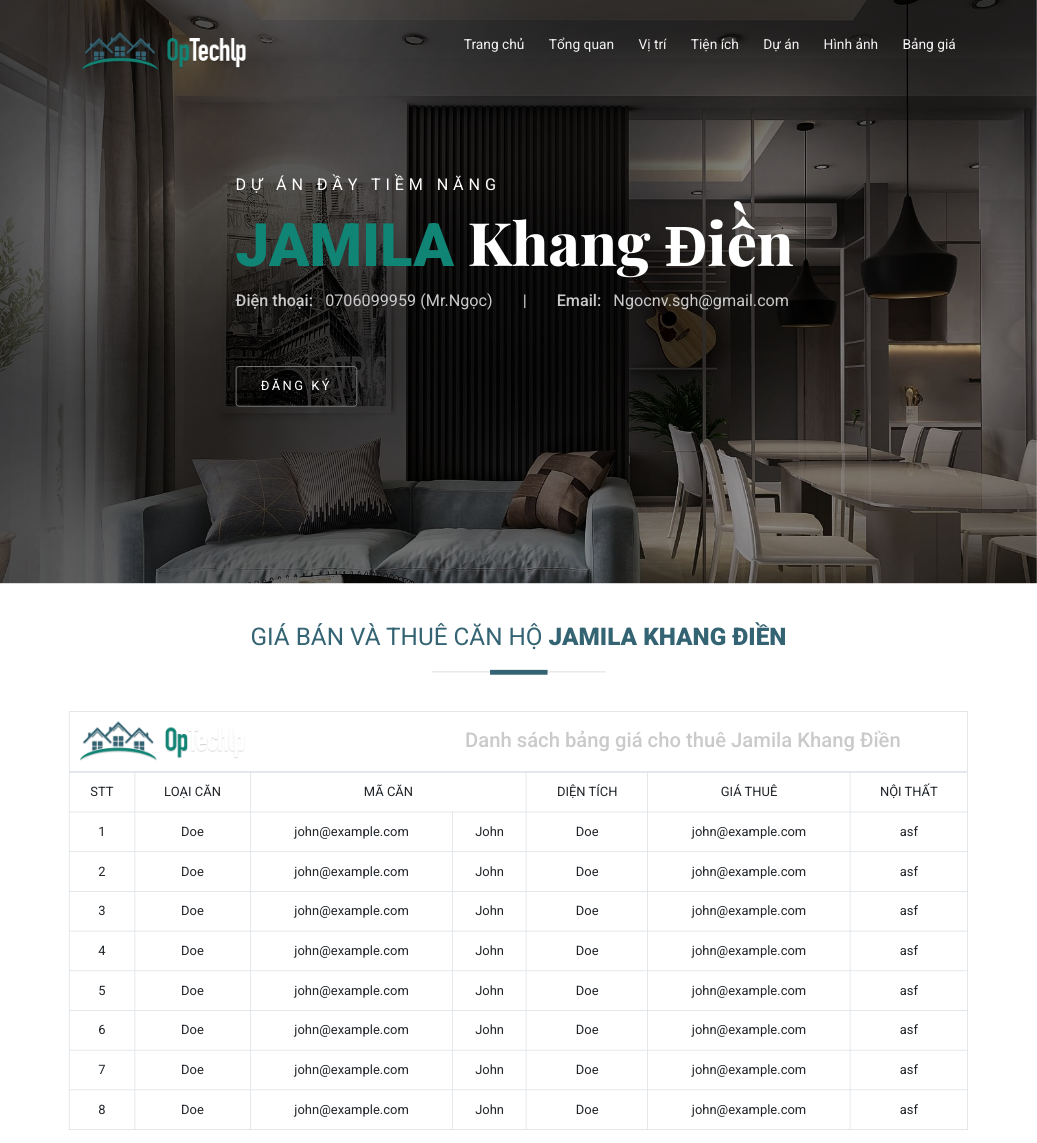
Repository: phunobi1807/Myweb
Page: index.html
An editor plug-in stored every save of this project. The page is shown before and after the next save, followed by the edit.
The browser window is 1280 px wide. The pictures show the whole page, at 81% of full size.
Some web fonts or font styles are not loaded; a fallback is used.

Above is the page before, as saved 2021-05-14 13:51:50.

### index.html
<!DOCTYPE html>
<html lang="en">

<head>
    <meta charset="UTF-8">
    <meta http-equiv="X-UA-Compatible" content="IE=edge">
    <meta name="viewport" content="width=device-width, initial-scale=1.0">
    <link rel="stylesheet" type="text/css" href="./css/style.css">
    <title>JAMILA Khang Điền</title>
</head>

<body>
    <header>
        <a href="#" class="logo">
            <img src="./image/logo-banner.png" alt="logo">
        </a>
        <div class="menuToggle" onclick="toggleMenu"></div>
        <ul class="navigation">
            <li><a href="#" onclick="toggleMenu">Trang chủ</a></li>
            <li><a href="#" onclick="toggleMenu">Tổng quan</a></li>
            <li><a href="#" onclick="toggleMenu">Vị trí</a></li>
            <li><a href="#" onclick="toggleMenu">Tiện ích</a></li>
            <li><a href="#" onclick="toggleMenu">Dự án</a></li>
            <li><a href="#" onclick="toggleMenu">Hình ảnh</a></li>
            <li><a href="#" onclick="toggleMenu">Bảng giá</a></li>
        </ul>
    </header>
    <section class="banner" id="banner">
        <div class="content">
            <p class="title">dự án đầy tiềm năng</p>
            <h3><strong>JAMILA</strong> Khang Điền</h3>
            <div class="content-contact">
                <p class="phone">Điện thoại: <span class="number-phone">0706099959 (Mr.Ngọc)</span></p>
                <div class="gachgiua">|</div>
                <p class="email">Email: <span class="email">Ngocnv.sgh@gmail.com</span></p>
            </div>
            <div class="input">
                <input type="button" class="btn btn-outline" value="Đăng ký">
            </div>
        </div>
    </section>
    <section class="price-apartment mt-5">
        <div class="container text-center">
            <div class="list-price-apartment">
                <h1>giá bán và thuê căn hộ <span>jamila khang điền</span></h1>
                <div class="gach-chan">
                    <div class="gachchan"></div>
                </div>
                <table class="table table-bordered mt-5">
                    <thead>
                        <tr>
                            <th colspan="7">
                                <div class="title-table">
                                    <img src="./image/logo-banner.png" alt="">
                                    <p>Danh sách bảng giá cho thuê Jamila Khang Điền</p>
                                </div>
                            </th>
                        </tr>
                    </thead>
                    <tbody>
                        <tr class="list-title">
                            <td>STT</td>
                            <td>loại căn</td>
                            <td colspan="2">mã căn</td>
                            <td>diện tích</td>
                            <td>giá thuê</td>
                            <td colspan="2">nội thất</td>


                        </tr>
                        <tr>
                            <td>1</td>
                            <td>Doe</td>
                            <td>john@example.com</td>
                            <td>John</td>
                            <td>Doe</td>
                            <td>john@example.com</td>
                            <td>asf</td>
                        </tr>
                        <tr>
                            <td>2</td>
                            <td>Doe</td>
                            <td>john@example.com</td>
                            <td>John</td>
                            <td>Doe</td>
                            <td>john@example.com</td>
                            <td>asf</td>
                        </tr>
                        <tr>
                            <td>3</td>
                            <td>Doe</td>
                            <td>john@example.com</td>
                            <td>John</td>
                            <td>Doe</td>
                            <td>john@example.com</td>
                            <td>asf</td>
                        </tr>
                        <tr>
                            <td>4</td>
                            <td>Doe</td>
                            <td>john@example.com</td>
                            <td>John</td>
                            <td>Doe</td>
                            <td>john@example.com</td>
                            <td>asf</td>
                        </tr>
                        <tr>
                            <td>5</td>
                            <td>Doe</td>
                            <td>john@example.com</td>
                            <td>John</td>
                            <td>Doe</td>
                            <td>john@example.com</td>
                            <td>asf</td>
                        </tr>
                        <tr>
                            <td>6</td>
                            <td>Doe</td>
                            <td>john@example.com</td>
                            <td>John</td>
                            <td>Doe</td>
                            <td>john@example.com</td>
                            <td>asf</td>
                        </tr>
                        <tr>
                            <td>7</td>
                            <td>Doe</td>
                            <td>john@example.com</td>
                            <td>John</td>
                            <td>Doe</td>
                            <td>john@example.com</td>
                            <td>asf</td>
                        </tr>
                        <tr>
                            <td>8</td>
                            <td>Doe</td>
                            <td>john@example.com</td>
                            <td>John</td>
                            <td>Doe</td>
                            <td>john@example.com</td>
                            <td>asf</td>
                        </tr>

                    </tbody>

                </table>
            </div>
        </div>
    </section>
    <link rel="stylesheet" href="https://maxcdn.bootstrapcdn.com/bootstrap/4.5.2/css/bootstrap.min.css">
    <script src="https://ajax.googleapis.com/ajax/libs/jquery/3.5.1/jquery.min.js"></script>
    <script src="https://cdnjs.cloudflare.com/ajax/libs/popper.js/1.16.0/umd/popper.min.js"></script>
    <script src="https://maxcdn.bootstrapcdn.com/bootstrap/4.5.2/js/bootstrap.min.js"></script>
    <script type="text/javascript">
        window.addEventListener('scroll', function() {
            const header = document.querySelector('header');
            header.classList.toggle("sticky", window.scrollY > 0);
        });

        function toggleMenu() {
            const menutoggle = document.querySelector('.menuToggle');
            const navigation = document.querySelector('.navigation');
            menuToggle.classList.toggle('active');
            navigation.classList.toggle('active');
        }
    </script>
</body>

</html>
<!-- <script type="text/javascript">
    window.addEventListener('scroll', function() {
        const header = document.querySelector('header');
        header.classList.toggle("sticky", window.scrollY > 0);
    });

    function toggleMenu() {
        const menuToggle = document.querySelector('.menuToggle');
        const navigation = document.querySelector('.navigation');
        menuToggle.classList.toggle('active');
        navigation.classList.toggle('active');
    }
</script> -->

### css/style.css
    @import url(https://fonts.googleapis.com/css2?family=Roboto:wght@100;200;300;400;500;600;800;900&display=swap);
    @import url(https://fonts.googleapis.com/css2?family=Playfair+Display:wght@100;200;300;400;500;600;800;900&display=swap);
    * {
        margin: 0;
        padding: 0;
        box-sizing: border-box;
        font-family: 'Roboto', 'Regular';
        scroll-behavior: smooth;
    }

    body {
        overflow-x: hidden;
    }

    p {
        font-weight: 300;
        color: #ffffff;
    }

    .banner {
        position: relative;
        width: 100%;
        min-height: 100vh;
        display: flex;
        justify-content: center;
        align-items: center;
        background: url('../image/banner.png');
        background-size: cover;
    }

    .banner .content {
        max-width: 900px;
        text-align: left;
    }

    .banner .content p.title {
        font-size: 20px;
        opacity: 100%;
        text-transform: uppercase;
        font-weight: 400;
        letter-spacing: 6px;
        line-height: 20px;
        color: #ffffff;
    }

    .banner .content h3 {
        font-family: 'Playfair Display', serif;
        font-size: 74px;
        font-style: bold;
        font-weight: 700;
        color: #ffffff;
        text-align: left;
    }

    .banner .content h3 strong {
        color: #118575;
    }

    .banner .content .content-contact {
        margin-bottom: 50px;
    }

    .banner .content .content-contact,
    p {
        display: flex;
        color: #cacaca;
        font-size: 20px;
        font-style: bold;
        font-weight: 500;
    }

    .banner .content .content-contact p span {
        padding: 0px 15px;
        font-weight: 400;
        font-style: normal;
        color: #cacaca;
    }

    .banner .content .content-contact .gachgiua {
        padding-right: 15px;
        margin: 0px 22px;
    }

    .banner .content .input input {
        width: 150px;
        height: 50px;
        border: 1px solid;
        /* opacity: 40%; */
        color: #ffffff;
        border-color: #8a8a8a;
        text-transform: uppercase;
        letter-spacing: 3px;
        transition: 0.5s;
    }

    .banner .content .input input:hover {
        width: 160px;
        transition: 0.5s;
        background-color: #118575;
    }

    .banner .content .input input::-ms-value {
        color: red;
    }

    header {
        position: fixed;
        top: 0;
        left: 0;
        width: 100%;
        padding: 40px 100px;
        z-index: 10;
        display: flex !important;
        justify-content: space-between;
        align-items: center;
        transition: 0.5s;
    }

    header.sticky {
        background: rgb(43, 43, 43);
        padding: 10px 100px;
        box-shadow: 0 5px 20px rgba(0, 0, 0, 0.05);
    }

    header.sticky ul {
        margin-top: 14px;
        line-height: 14px;
    }

    header .navigation {
        position: relative;
        display: flex;
    }

    header .navigation li {
        list-style-type: none;
        margin-left: 30px;
    }

    header .navigation li a {
        opacity: 100%;
        font-size: 17px;
        text-decoration: none;
        color: #f2f2f2;
        line-height: 20px;
    }

    header.sticky .navigation li a {
        color: #fff;
    }

    header .navigation li a:hover {
        color: #118575;
        letter-spacing: 3px;
        transition: 1s;
        text-transform: uppercase;
    }
    /* giá bán căn hộ trong bảng  */

    .price-apartment h1 {
        font-size: 30px;
        text-transform: uppercase;
        font-weight: 400;
        color: #346473;
    }

    .price-apartment h1 span {
        font-weight: 900;
    }

    .price-apartment .gach-chan {
        border-bottom: 1px solid #d7d7d7;
        width: 215px;
        margin-left: 28rem;
        z-index: 1;
        margin-top: 25px;
    }

    .price-apartment .gachchan {
        position: absolute;
        border: 3px solid #346473;
        width: 71px;
        margin-left: 4.5rem;
        z-index: 10;
        margin-top: -2.5px;
    }

    .price-apartment .title-table {
        display: flex;
        justify-content: space-between;
    }

    .price-apartment .title-table img {}

    .price-apartment .title-table p {
        line-height: 21px;
        margin-top: 12px;
        padding: 0px 70px;
        /* color: #fff; */
        font-size: 25px;
    }

    .price-apartment table tr.list-title {
        text-transform: uppercase;
    }
    /* end giá bán căn hộ trong bảng  */

After the next save:
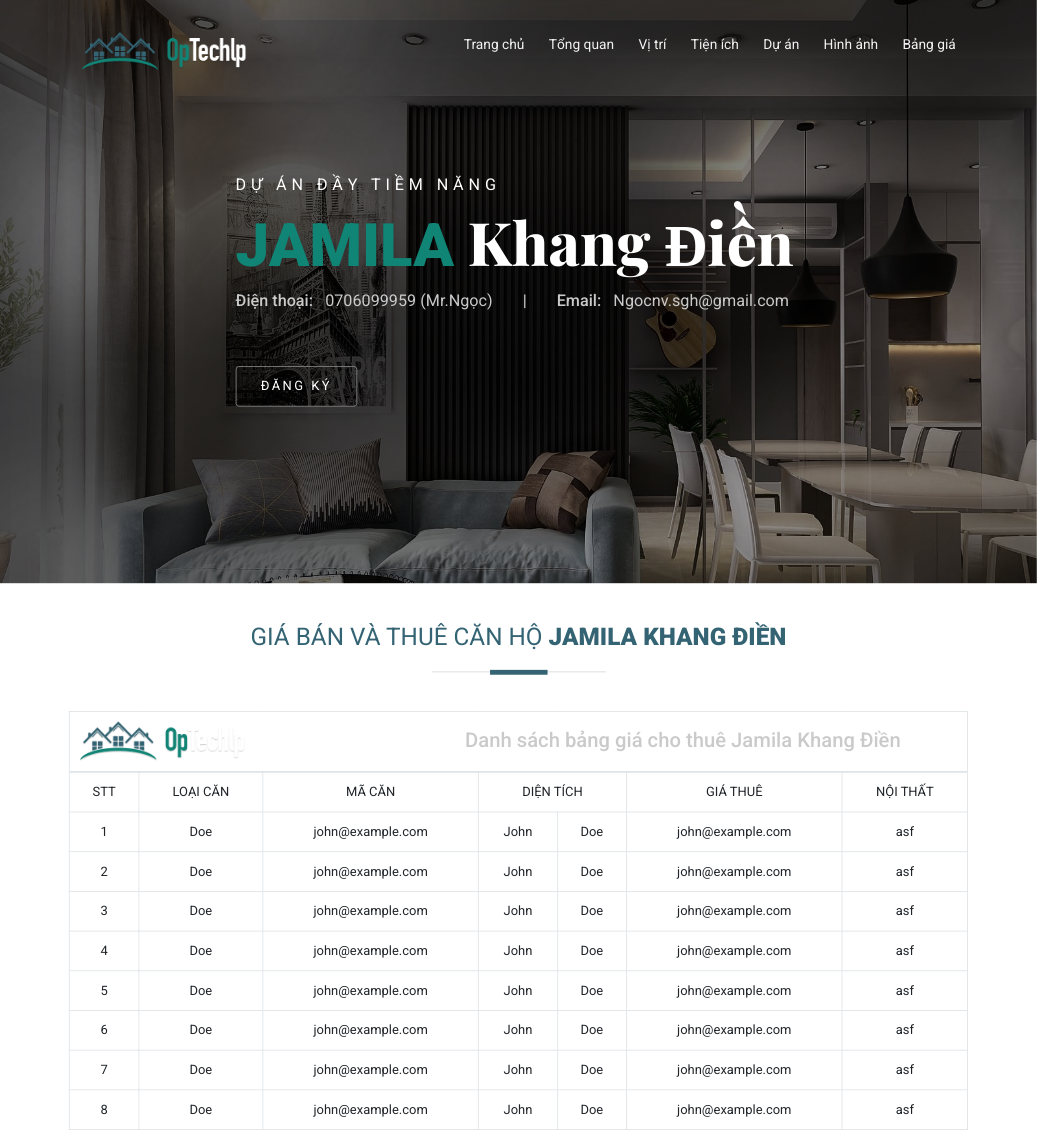
Saved 28 s later.
--- a/index.html
+++ b/index.html
@@ -61,8 +61,8 @@
                         <tr class="list-title">
                             <td>STT</td>
                             <td>loại căn</td>
-                            <td colspan="2">mã căn</td>
-                            <td>diện tích</td>
+                            <td>mã căn</td>
+                            <td colspan="2">diện tích</td>
                             <td>giá thuê</td>
                             <td colspan="2">nội thất</td>
 
